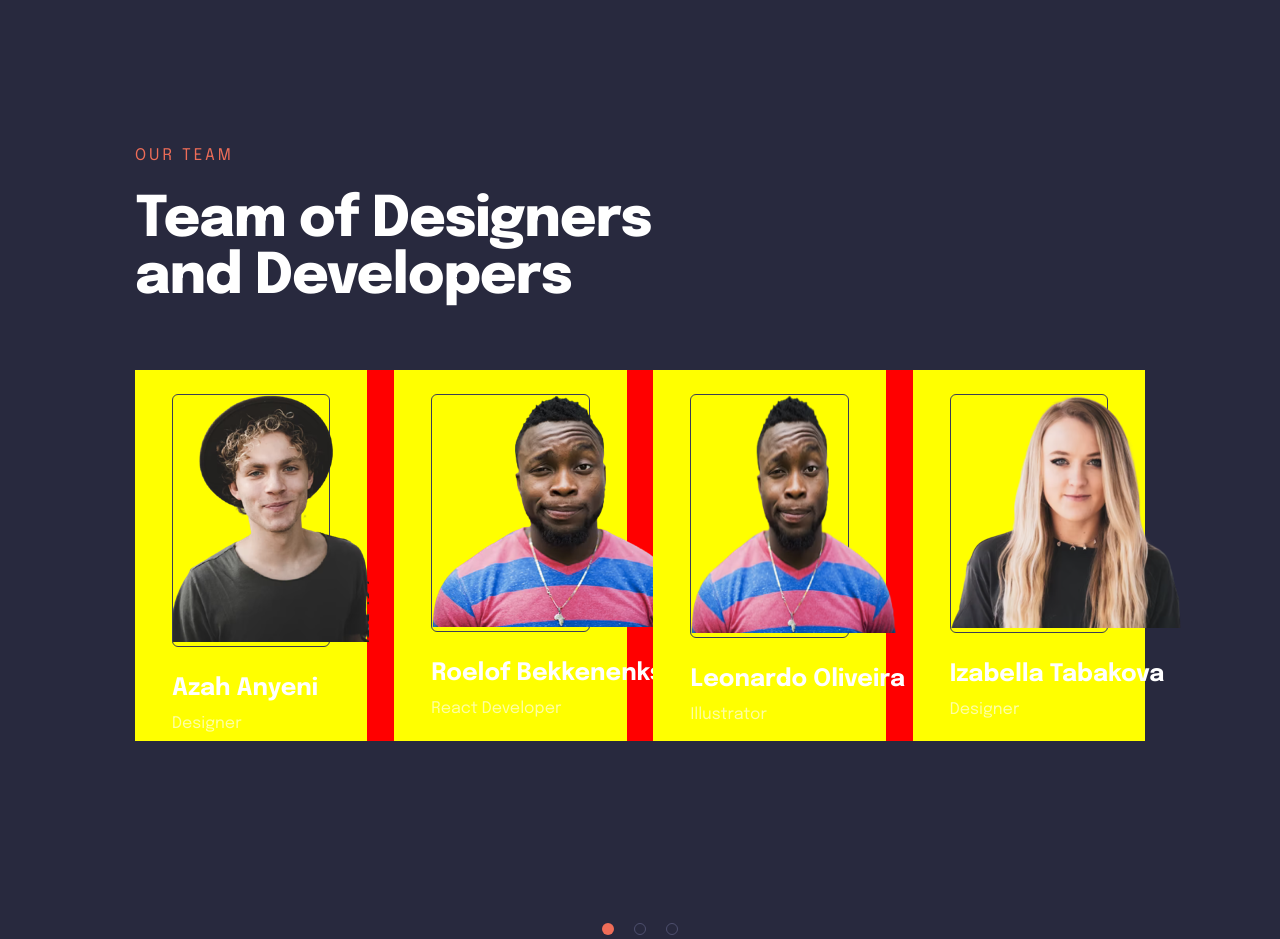
Repository: simralgasimov/ourteam
Page: index.html
These files come from the project's save history. The page is drawn as it stood at one moment and after the next save; the edit follows.
The browser window is 1280 px wide. The pictures show the whole page.

Above is the page before, as saved 2023-09-06 13:07:25.

### index.html
<!DOCTYPE html>
<html lang="en">
  <head>
    <meta charset="UTF-8" />
    <meta name="viewport" content="width=device-width, initial-scale=1.0" />
    <title>Document</title>
    <link rel="stylesheet" href="index.css" />
  </head>
  <body>
    <div class="container">
      <h1>Our Team</h1>
      <h2>Team of Designers and Developers</h2>
      <div class="container-1">
        <div class="box">
          <div>
            <img src="./img/Bitmap.png" alt="" />
          </div>

          <h3>Azah Anyeni</h3>
          <p>Designer</p>
        </div>
        <div class="box">
          <div>
            <img src="./img/Bitmap (1).png" alt="" />

          </div>
          <h3>Roelof Bekkenenks</h3>
          <p>React Developer</p>
        </div>

        <div class="box">
          <div>
            <img src="./img/Bitmap (1).png" alt="" />

          </div>
          <h3>Leonardo Oliveira</h3>
          <p>Illustrator</p>
        </div>

        <div class="box">
          <div>
            <img src="./img/Bitmap (3).png" alt="" />

          </div>
          <h3>Izabella Tabakova</h3>
          <p>Designer</p>
        </div>
      </div>
    </div>

    <div class="container-2">
      <div class="button">
        <img src="./img/pins.svg" alt="" />
      </div>
    </div>
  </body>
</html>

### index.css
@import url("https://fonts.googleapis.com/css2?family=Epilogue:wght@400;700;800;900&display=swap");

* {
  margin: 0;
  padding: 0;
  box-sizing: border-box;
}

.container {
  padding: 140px 135px 180px 135px;
  background: #28293e;
}

.container h1 {
  color: var(--Text_Light_Accent, #ef6d58);
  font-feature-settings: "clig" off, "liga" off;
  font-family: Epilogue;
  font-size: 16px;
  font-style: normal;
  font-weight: 400;
  line-height: 32px;
  letter-spacing: 3px;
  text-transform: uppercase;
}

.container h2 {
  margin-top: 20px;
  width: 532px;
  color: var(--Text_Light, #fff);
  font-feature-settings: "clig" off, "liga" off;
  font-family: Epilogue;
  font-size: 56px;
  font-style: normal;
  font-weight: 800;
  letter-spacing: -1px;
}

.container .container-1 {
  margin-top: 64px;
  background-color: red;
  display: flex;
  justify-content: space-between;

}
.container-1 .box {
  padding: 24px 37px 1px 37px;
  width: 23%;
  background-color: yellow;
}
.container .container-1 .box div{
  border-radius: 6px;
  border: 1px solid #3a3c56;
}
.container-1 .box:first-child img {
  width: 196px;
  height: 247px;
}

.container-1 .box:nth-child(2) img {
  width: 259px;
  height: 232px;
}
.container-1 .box:nth-child(3) img {
  width: 205px;
  height: 238px;
}
.container-1 .box:last-child img {
  width: 230px;
  height: 233px;
}
.container-1 .box h3 {
  justify-content: center;
  margin-top: 26px;
  color: var(--Text_Light, #fff);
  font-feature-settings: "clig" off, "liga" off;
  font-family: Epilogue;
  font-size: 24px;
  font-style: normal;
  font-weight: 700;
  line-height: 32px;
}

.container .box p {
  margin-top: 3px;
  color: var(--Text_Light_Gray, rgba(255, 255, 255, 0.64));
  font-feature-settings: "clig" off, "liga" off;
  font-family: Epilogue;
  font-size: 16px;
  font-style: normal;
  font-weight: 400;
  line-height: 32px;
}

.container .container-1 .box h3:nth-child(2) {
  width: 233px;
}


.container-2 {
  background: #28293e;
}

.container-2 .button {
  width: 76px;
  margin: auto;
}

After the next save:
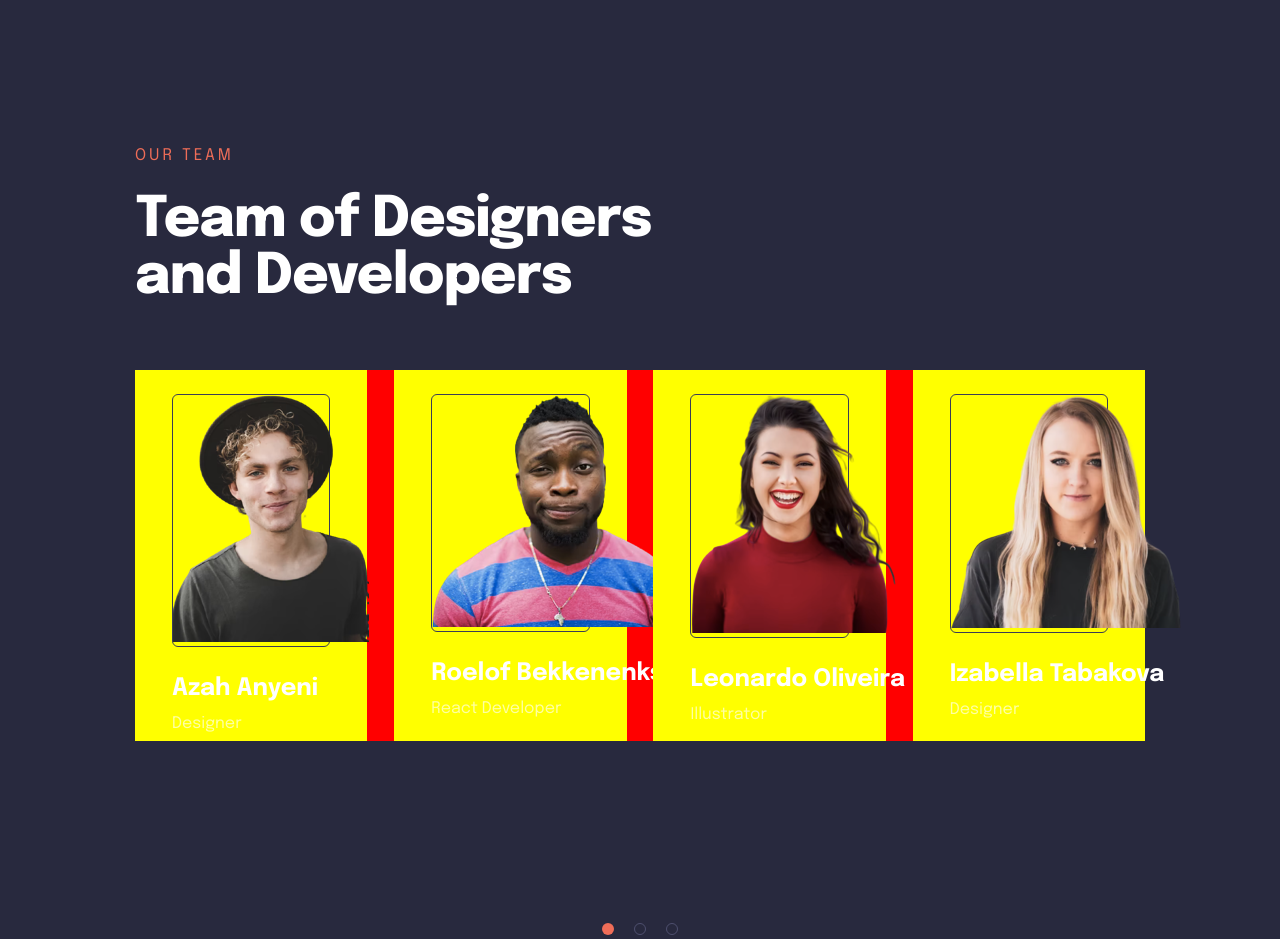
Saved 34 s later.
--- a/index.html
+++ b/index.html
@@ -30,7 +30,7 @@
 
         <div class="box">
           <div>
-            <img src="./img/Bitmap (1).png" alt="" />
+            <img src="./img/Bitmap (2).png" alt="" />
 
           </div>
           <h3>Leonardo Oliveira</h3>
